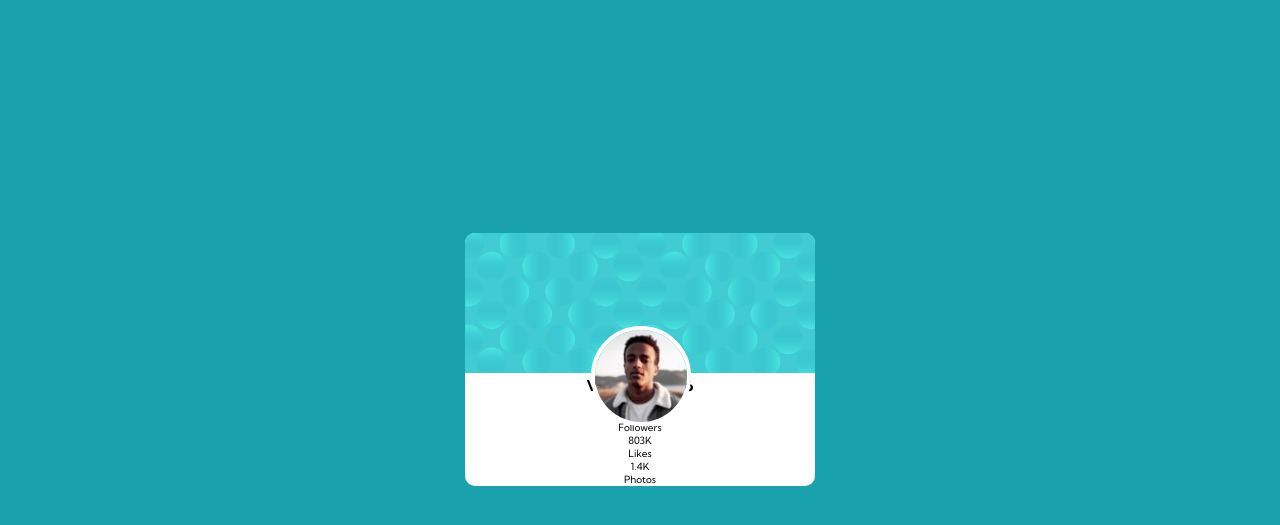
Repository: thaibaocoder1/profile-card-component-main
Page: index.html
The author's editor kept a copy of each file at every save. The page is drawn from the files as they stood at one save, then again after the next save.
The browser window is 1280 px wide. The pictures show the whole page.

Above is the page before, as saved 2023-01-11 13:53:32.

After the next save:
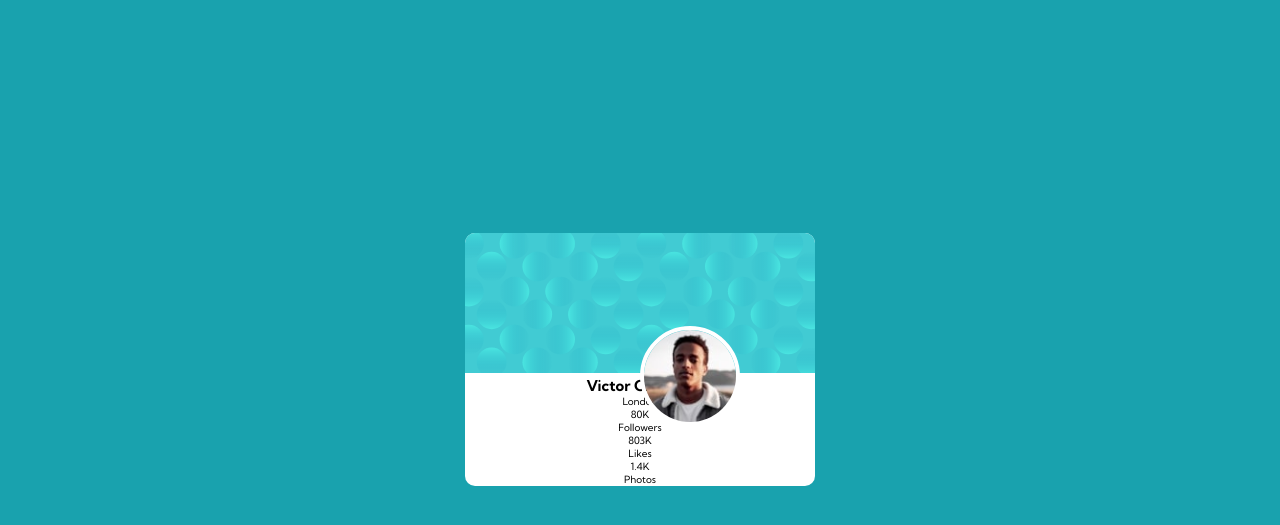
Saved 5 s later.
--- a/style.css
+++ b/style.css
@@ -46,6 +46,6 @@ body {
     border: 4px solid #fff;
     position: absolute;
     top: 0;
-    left: 36%;
+    left: 50%;
     transform: translateY(-50%);
 }
